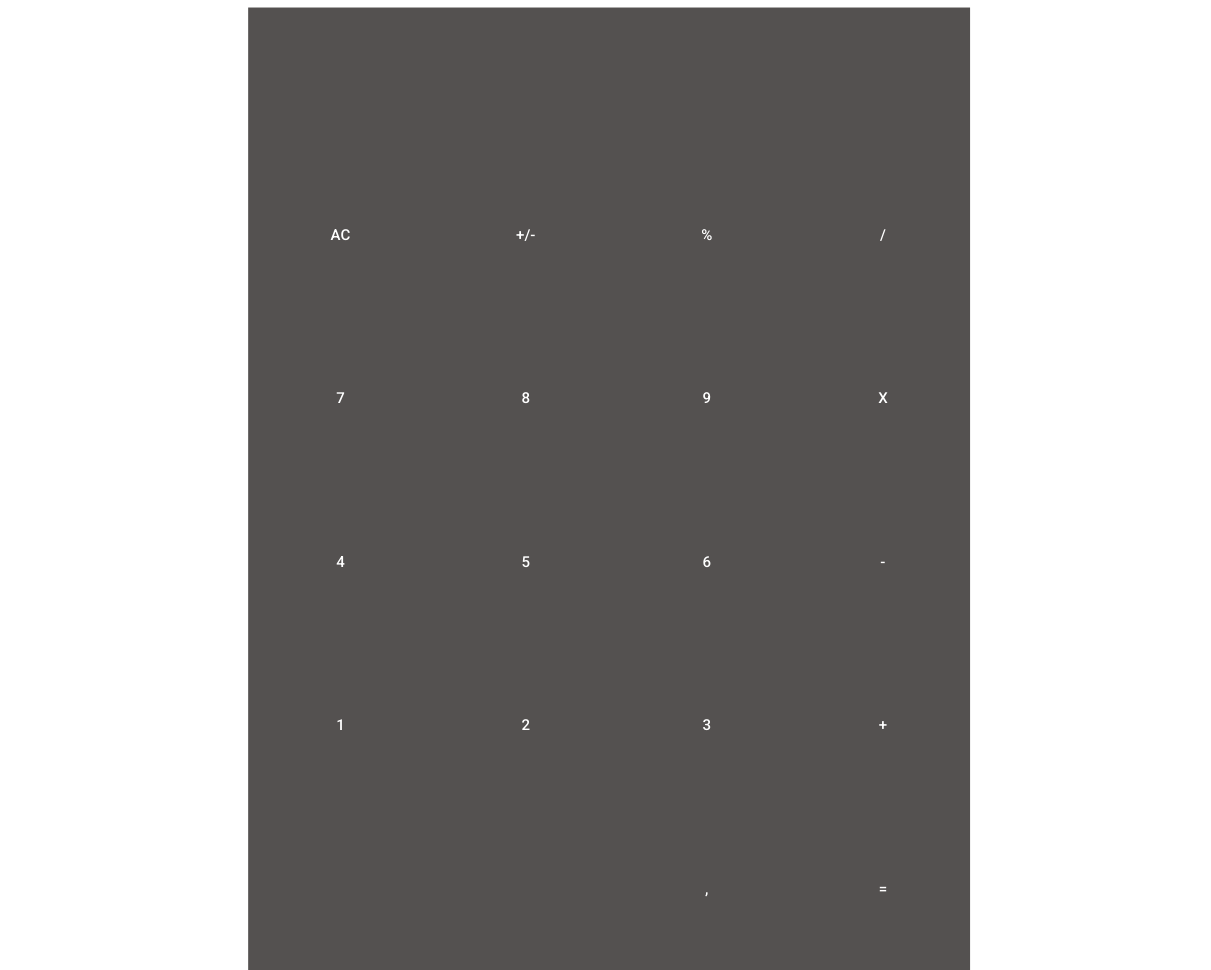
Repository: maciekto/calculatorOOP
Page: index.html
An editor plug-in stored every save of this project. The page is shown before and after the next save, followed by the edit.
The browser window is 1280 px wide. The page is 1288 px wide, so the pictures cover 1288 px, including what lies to the right of the window. The pictures show the whole page, at 94% of full size.

Above is the page before, as saved 2022-06-19 18:56:00.

### index.html
<!DOCTYPE html>
<html lang="en">
<head>
    <meta charset="UTF-8">
    <meta http-equiv="X-UA-Compatible" content="IE=edge">
    <meta name="viewport" content="width=device-width, initial-scale=1.0">
    <title>Document</title>
    <link rel="stylesheet" href="css.css">


</head>
<body>
    <main>
        <div class="Calc">
            <div class="Calc__result"></div>

            <div class="Calc__reset">
                AC
            </div>
            <div class="Calc__opposite">
                +/-
            </div>
            <div class="Calc__percentages">
                %
            </div>
            <div class="Calc__divide">
                /
            </div>

            <div class="Calc__7">7</div>
            <div class="Calc__8">8</div>
            <div class="Calc__9">9</div>
            <div class="Calc__multiply">
                X
            </div>

            <div class="Calc__4">4</div>
            <div class="Calc__5">5</div>
            <div class="Calc__6">6</div>
            <div class="Calc__substraction">
                -
            </div>

            <div class="Calc__1">1</div>
            <div class="Calc__2">2</div>
            <div class="Calc__3">3</div>
            <div class="Calc__addition">
                +
            </div>

            <div class="Calc__0"></div>
            <div class="Calc__comma">,</div>
            <div class="Calc__isequal">
                =
            </div>

        </div>
    </main>

    <script src="js.js"></script>
</body>
</html>

### css.css
@import url('https://fonts.googleapis.com/css2?family=Roboto:wght@400;500;700&display=swap');

* {
    font-family: 'Roboto', sans-serif;
    font-weight: 500;
    box-sizing: border-box;
}

main {
    width: 100vw;
    height: 100vh;
    display: grid;
    place-items: center;
}

.Calc {
    max-width: 60vw;
    width: 60vw;
    height: 80vw;
    background: #545150;
    color: white;
    display: grid;
    grid-template-areas:
    "result result result result"
    "reset opposite percentages divide"
    "seven eight nine multiply"
    "four five six substraction"
    "one two three addition"
    "zero zero comma isequal"
    ;
    grid-gap: 1px;
}
.Calc div {
    display: grid;
    place-items: center;
}
.Calc__result {
    grid-area: result;
}
.Calc__0 {
    grid-area: zero;
}

### js.js
console.log('siemano')

After the next save:
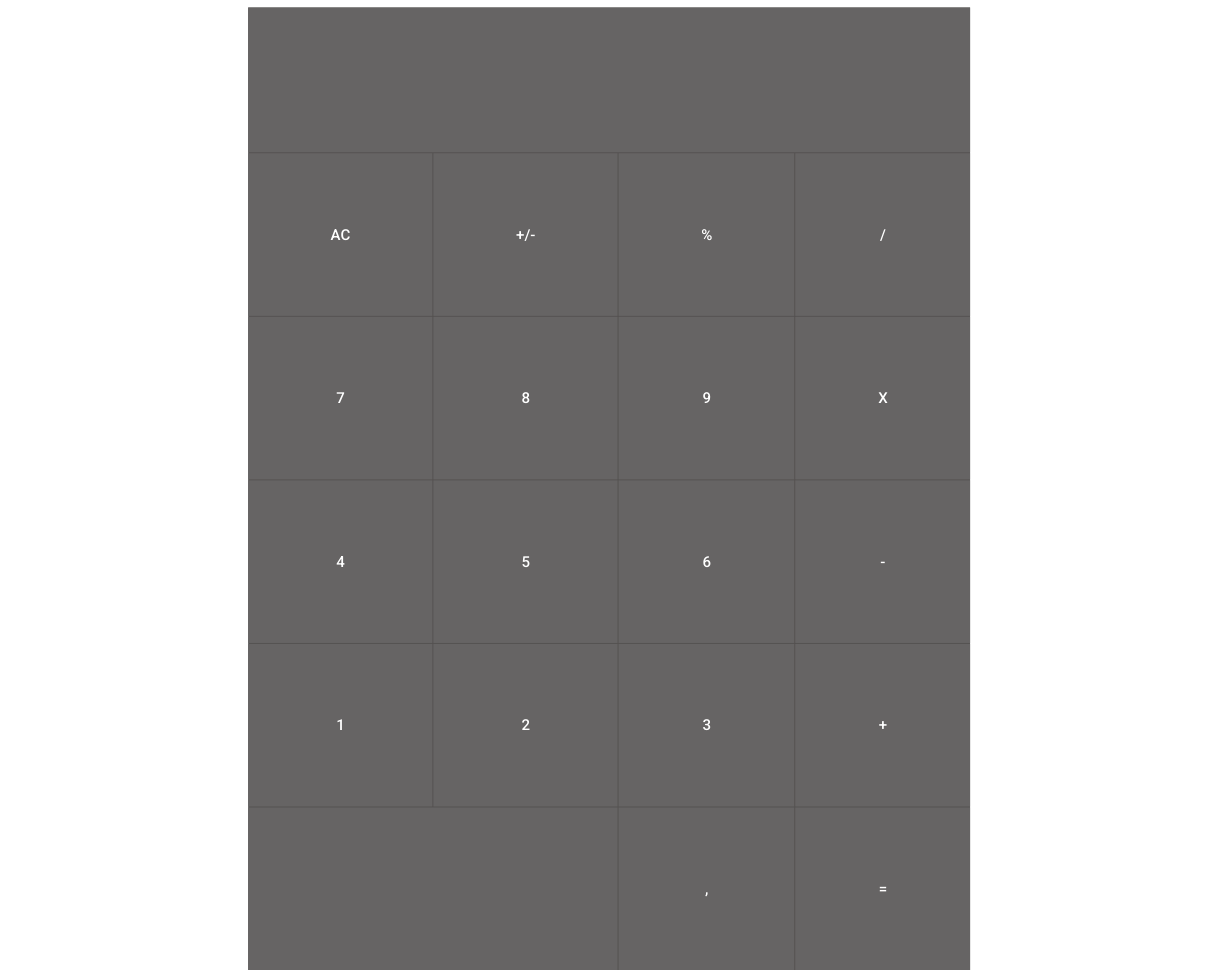
Saved 7 s later.
--- a/css.css
+++ b/css.css
@@ -33,6 +33,7 @@ main {
 .Calc div {
     display: grid;
     place-items: center;
+    background: #666464;
 }
 .Calc__result {
     grid-area: result;
